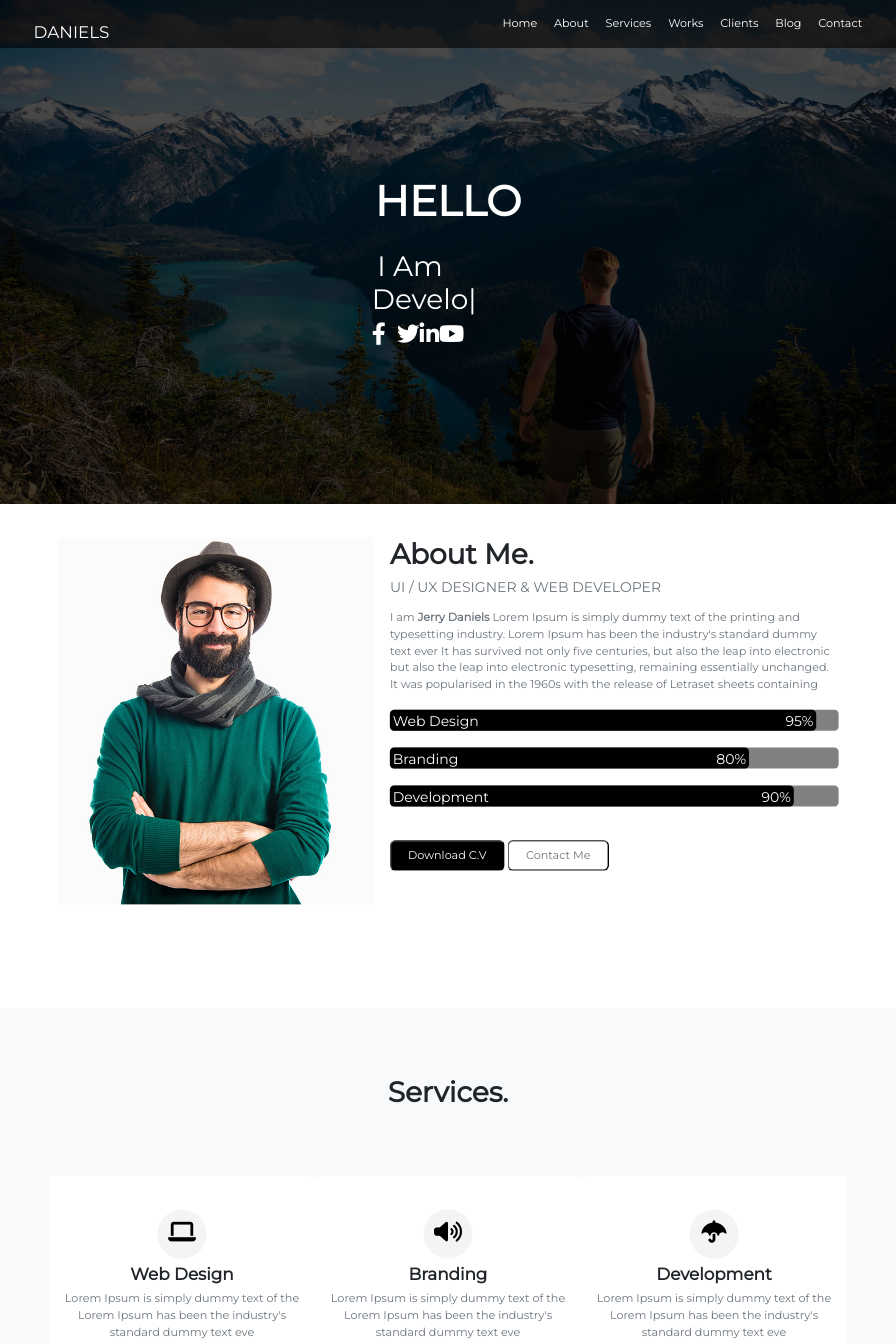
Repository: Souldeer0020/daniels-portofolio
Page: index.html
These files come from the project's save history. The page is drawn as it stood at one moment and after a run of saves; the edit follows.
The browser window is 1280 px wide. The pictures show the part of the page from y = 0 to 1920 px (the page is 5468 px tall), at 70% of full size.

Above is the page before, as saved 2024-07-14 00:02:21.

### index.html
<html>
    <head>
        <link rel="stylesheet" href="css/bootstrap.css">
        <link rel="stylesheet" href="css/all.min.css">
        <link rel="stylesheet" href="style.css">
        <link href="https://fonts.googleapis.com/css2?family=Montserrat&display=swap" rel="stylesheet">
    </head>
    <body>
    <header class="vh-100 w-100 " id="home">
        <div class="layout vh-100 w-100 d-flex justify-content-center align-items-center position-relative">
            <nav class="position-fixed pt-md-3 top-0 start-0 end-0 d-flex align-items-center justify-content-between">
                <a href="#home"><h1 class="px-md-5 pt-md-3">DANIELS</h1></a>
                <ul class="d-flex align-items-center pe-md-4">
                    <li class="pe-md-4 "><a href="#home">Home</a></li>

                    <li class="pe-md-4"><a href="#about">About</a></li>
                    <li class="pe-md-4"><a href="#services">Services</a></li>
                    <li class="pe-md-4"><a href="#works">Works</a></li>
                    <li class="pe-md-4"><a href="#clients">Clients</a></li>
                    <li class="pe-md-4"><a href="#blog">Blog</a></li>
                    <li class="pe-md-4"><a href="#contact">Contact</a></li>
                </ul>
            </nav>
            <div class="content  text-center d-flex flex-column">
                <h1 class="py-md-4">HELLO</h1>
                <h2 class="w-50">I Am</h2>
                <div class="icons d-flex">
                    <a class="me-3" href=""><i class=" fa-brands fa-facebook-f icon text-center d-flex justify-content-center align-items-center fs-2"></i></a>
                    <a href=""><i class=" fa-brands fa-twitter icon text-center d-flex justify-content-center align-items-center fs-2"></i></a>
                    <a href=""><i class=" fa-brands fa-linkedin-in icon text-center d-flex justify-content-center align-items-center fs-2"></i></a>

                    <a href=""><i class=" fa-brands fa-youtube icon text-center d-flex justify-content-center align-items-center fs-2"></i></a>
                </div>
            </div>
        </div>
    </header>


    <section id="about" class="vh-100 w-100 py-md-5 bg-white">
        <div class="container">
            <div class="row">
                <div class="col-md-5">
                    <div class="item">
                        <img src="img/hero.jpg" class="w-100" alt="logo">
                    </div>
                </div>
                <div class="col-md-7">
                    <div class="item">
                        <h1 class="fw-bolder">About Me.</h1>
                        <p class="lead text-muted">UI / UX DESIGNER & WEB DEVELOPER</p>
                        <p class="text-muted ">I am <span class="fw-bolder">Jerry Daniels</span> Lorem Ipsum is simply dummy text of the printing and typesetting industry. Lorem Ipsum has been the industry's standard dummy text ever It has survived not only five centuries, but also the leap into electronic but also the leap into electronic typesetting, remaining essentially unchanged. It was popularised in the 1960s with the release of Letraset sheets containing</p>
                        <div class="blank w-md-100 rounded-2 my-md-4 ">
                            <div class="percentage1 rounded-2 d-flex justify-content-between p-md-1  top-0 bottom-0 start-0 end-0 h-100">
                                <h5>Web Design</h5>
                                <h5>95%</h5>
                            </div>
                        </div>
                        <div class="blank w-md-100 rounded-2 my-md-4 ">
                            <div class="percentage2 rounded-2 d-flex justify-content-between p-md-1   top-0 bottom-0 start-0 end-0 h-100">
                                <h5>Branding</h5>
                                <h5>80%</h5>
                            </div>
                        </div>
                        <div class="blank w-md-100 rounded-2 my-md-4 ">
                            <div class="percentage3 rounded-2 d-flex justify-content-between p-md-1 top-0 bottom-0 start-0 end-0 h-100">
                                <h5>Development</h5>
                                <h5>90%</h5>
                            </div>
                        </div>
                    </div>
                    <button class=" py-md-2 px-md-4 w-md-25 mt-md-4 rounded-3 btn1 ">Download C.V</button>
                    <button class=" py-md-2 px-md-4 w-md-25 mt-md-4 rounded-3 btn2 text-muted ">Contact Me</button>
                </div>
            </div>
        </div>
    </section>

    <section id="services" class="bg-light py-md-5 bg-light d-flex flex-column align-items-center">
        <h1 class="fw-bolder my-md-5">Services.</h1>
        <div class="container my-md-5">
            <div class="row g-md-4">
                <div class="col-md-4 bg-white rounded-2 ">
                    <div class="service-item text-center py-md-5">
                        <i class="fa-solid fa-laptop fa-2x icon pt-3"></i>
                        <h4 class="fw-bolder my-md-2">Web Design</h4>
                        <p class="text-muted">Lorem Ipsum is simply dummy text of the Lorem Ipsum has been the industry's standard dummy text eve</p>
                    </div>
                </div>
                <div class="col-md-4 bg-white rounded-2">
                    <div class="service-item text-center py-md-5">
                        <i class="fa-solid fa-volume-high fa-2x icon pt-3"></i>
                        <h4 class="fw-bolder my-md-2">Branding</h4>
                        <p class="text-muted">Lorem Ipsum is simply dummy text of the Lorem Ipsum has been the industry's standard dummy text eve</p>
                    </div>
                </div>
                <div class="col-md-4 bg-white rounded-2">
                    <div class="service-item text-center py-md-5">
                        <i class="fa-solid fa-umbrella icon pt-3 fa-2x"></i>
                        <h4 class="fw-bolder my-md-2">Development</h4>
                        <p class="text-muted">Lorem Ipsum is simply dummy text of the Lorem Ipsum has been the industry's standard dummy text eve</p>
                    </div>
                </div>
                <div class="col-md-4 bg-white rounded-2">
                    <div class="service-item text-center py-md-5">
                        <i class="fa-regular fa-gem icon pt-3 fa-2x"></i>
                        <h4 class="fw-bolder my-md-2">Creative Design</h4>
                        <p class="text-muted">Lorem Ipsum is simply dummy text of the Lorem Ipsum has been the industry's standard dummy text eve</p>
                    </div>
                </div>
                <div class="col-md-4 bg-white rounded-2">
                    <div class="service-item text-center py-md-5">
                        <i class="fa fa-television fa-2x  icon pt-3" aria-hidden="true"></i>
                        <h4 class="fw-bolder my-md-2">Fully Responsive</h4>
                        <p class="text-muted">Lorem Ipsum is simply dummy text of the Lorem Ipsum has been the industry's standard dummy text eve</p>
                    </div>
                </div>
                <div class="col-md-4 bg-white rounded-2">
                    <div class="service-item text-center py-md-5">
                        <i class="fa-solid fa-camera fa-2x icon pt-3"></i>
                        <h4 class="fw-bolder my-md-2">Retina Ready</h4>
                        <p class="text-muted">Lorem Ipsum is simply dummy text of the Lorem Ipsum has been the industry's standard dummy text eve</p>
                    </div>
                </div>
            </div>
        </div>
    </section>

    <section id="works" class="w-100 text-center d-flex flex-column align-items-center">
        <h1 class="fw-bolder my-md-5">Portfolio.</h1>
        <ul class="d-flex justify-content-evenly fw-bolder mt-md-3">
            <li><a href="">All</a></li>
            <li><a href="">Brand</a></li>
            <li><a href="">Design</a></li>
            <li><a href="">Graphic</a></li>
        </ul>
        <div class="container mt-md-5">
            <div class="row g-md-4">
                <div class="col-md-4 position-relative">
                    <div class="item">
                        <img src="img/portfolio/1.jpg" class="w-100" alt="">

                    </div>
                </div>
                <div class="col-md-4">
                    <div class="item">
                        <img src="img/portfolio/2.jpg" class="w-100" alt="">

                    </div>
                </div>
                <div class="col-md-4">
                    <div class="item">
                        <img src="img/portfolio/3.jpg" class="w-100" alt="">
                    </div>
                </div>
                <div class="col-md-4">
                    <div class="item">
                        <img src="img/portfolio/4.jpg" class="w-100" alt="">
                    </div>
                </div>
                <div class="col-md-4">
                    <div class="item">
                        <img src="img/portfolio/5.jpg" class="w-100" alt="">
                    </div>
                </div>
                <div class="col-md-4">
                    <div class="item">
                        <img src="img/portfolio/6.jpg" class="w-100" alt="">
                    </div>
                </div>
            </div>
        </div>

    </section>

    <section id="clients" class="text-center d-flex flex-column align-items-center my-md-5 bg-light">
        <h1 class="fw-bolder my-md-5">Testimonials.</h1>
        <div id="carouselExampleIndicators" class="carousel-slide mb-md-5" data-bs-ride="true">

            <div class="carousel-inner">
              <div class="carousel-item active">
                <p class="text-muted my-md-4">Lorem Ipsum has been the industry's standard dummy text ever since the when an unknown printer took a galley of type and scrambled it to make a type specimen book.</p>
                <h3 class="my-md-3">Alex Smith</h3>
                <p class="lead text-muted fw-bolder">Envanto Customer</p>
              </div>
              <div class="carousel-item">
                <p class="text-muted my-md-4">Lorem Ipsum has been the industry's standard dummy text ever since the when an unknown printer took a galley of type and scrambled it to make a type specimen book.</p>
                <h3 class="my-md-3">Alex Smith</h3>
                <p class="lead text-muted fw-bolder">Envanto Customer</p>
              </div>
              <div class="carousel-item">
                <p class="text-muted my-md-4">Lorem Ipsum has been the industry's standard dummy text ever since the when an unknown printer took a galley of type and scrambled it to make a type specimen book.</p>
                <h3 class="my-md-3">Alex Smith</h3>
                <p class="lead text-muted fw-bolder">Envanto Customer</p>
              </div>
            </div>
            <div class="carousel-indicators position-static">
                <button type="button" data-bs-target="#carouselExampleIndicators" data-bs-slide-to="0" class="active carousel-btn bg-black" aria-current="true" aria-label="Slide 1"></button>
                <button type="button" data-bs-target="#carouselExampleIndicators" data-bs-slide-to="1" class="carousel-btn bg-black" aria-label="Slide 2"></button>
                <button type="button" data-bs-target="#carouselExampleIndicators" data-bs-slide-to="2" class="carousel-btn bg-black" aria-label="Slide 3"></button>
              </div>

          </div>
    </section>

    <section class="statics bg-white">
        <div class="d-flex justify-content-around text-center container item my-md-5" >
            <div>
              <i class="fa-solid fa-users fa-2x mb-md-3"></i>
               <h2 class="fw-bolder"> 850</h2>
               <p class="lead fw-bolder text-muted">Happy customers</p>
            </div>
            <div>
              <i class="fa-solid fa-thumbs-up fa-2x mb-md-3"></i>
               <h2 class="fw-bolder"> 230</h2>
               <p class="lead fw-bolder text-muted">Complete Projects</p>
            </div>
            <div>
              <i class="fa fa-bullhorn fa-2x mb-md-3" aria-hidden="true"></i>
               <h2 class="fw-bolder"> 9450</h2>
               <p class="lead fw-bolder text-muted">Lines Of Code</p>
            </div>
            <div>
              <i class="fa fa-cloud-download fa-2x mb-md-3" aria-hidden="true"></i>
               <h2 class="fw-bolder"> 780 </h2>
               <p class="lead fw-bolder text-muted">Files Downloaded

              </p>
            </div>
          </div>
    </section>

    <section id="blog" class="text-center d-flex flex-column align-items-center my-md-5 bg-light">
        <h1 class="fw-bolder my-md-5">Our Blog.</h1>
        <div class="container">
            <div class="row">
                <div class="col-md-4 text-start">

                        <div id="photo" class=" overflow-hidden mb-2"><img class="w-100" src="img/blog/1.jpg" alt=""></div>
                        <div class="caption">
                            <p class="text-muted">wordpress</p>
                            <h3>Lorem ipsum dolor sit amet consectetur adipisicing elit. Magnam, ipsam consequuntur.</h3>
                            <a href="">Read More</a>
                        </div>

                </div>
                <div class="col-md-4 text-start">

                    <div id="photo" class=" overflow-hidden mb-2"><img class="w-100" src="img/blog/2.jpg" alt=""></div>
                    <div class="caption">
                        <p class="text-muted">wordpress</p>
                        <h3>Lorem ipsum dolor sit amet consectetur adipisicing elit. Magnam, ipsam consequuntur.</h3>
                        <a href="">Read More</a>
                    </div>

            </div>
            <div class="col-md-4 text-start">

                <div id="photo" class=" overflow-hidden mb-2"><img class="w-100" src="img/blog/3.jpg" alt=""></div>
                <div class="caption">
                    <p class="text-muted">wordpress</p>
                    <h3>Lorem ipsum dolor sit amet consectetur adipisicing elit. Magnam, ipsam consequuntur.</h3>
                    <a href="">Read More</a>
                </div>

        </div>
            </div>
        </div>
    </section>

    <section id="contact" class="text-center d-flex flex-column align-items-center my-md-5 bg-white">
        <h1 class="fw-bolder my-md-5">Contact Us.</h1>
        <div class="container my-md-5">
            <div class="row ">
                <div class="col-4 d-flex flex-column align-items-center text-center ">
                    <div class="iicon mb-md-4"><i class="fa-brands fa-telegram fa-2x m-md-auto py-md-3"></i></div>
                    <h5 class="fw-bolder">Address</h5>
                    <p class="Text-muted">6834 Hollywood Blvd - Los Angeles CA</p>
                </div>
                <div class="col-4 d-flex flex-column align-items-center text-center">
                    <div class="iicon mb-md-4"><i class="fa-solid fa-envelope fa-2x m-md-auto py-md-3"></i></div>
                    <h5 class="fw-bolder">Email</h5>
                    <p class="Text-muted">Support@website.com</p>
                </div>
                <div class="col-4 d-flex flex-column align-items-center text-center">
                    <div class="iicon mb-md-4"><i class="fa-solid fa-phone fa-2x m-md-auto py-md-3"></i></div>
                    <h5 class="fw-bolder">Phone</h5>
                    <p class="Text-muted">+20 010 2517 8918</p>
                </div>
            </div>
        </div>
        <div class="container">
            <div class="row gx-md-4">
                <div class="col-6 d-flex justify-content-md-start">
                    <input type="text" placeholder="Name" class="rounded-2 ">
                </div>
                <div class="col-6  d-flex justify-content-md-start">
                    <input type="text" placeholder="Email" class="rounded-2">
                </div>
                <div class="col-12 my-md-3 d-flex justify-content-md-start rounded-2">
                    <textarea style="resize: none;" name="Message" id="" class="w-100 rounded-2" rows="5" placeholder="Message"></textarea>
                </div>

            </div>

        </div>

    </section>

    <footer class="bg-dark d-flex justify-content-center align-items-center py-md-5">
        <p class="text-muted py-md-4">Copy Right 2018 © By Daniels All Rights Reserved</p>
    </footer>

    <script src="js/bootstrap.bundle.js"></script>
    </body>




</html>

Loaded but not shown: css/bootstrap.css (library); css/all.min.css (library); js/bootstrap.bundle.js (library); style.css (308 lines, source omitted)

After the next 3 saves:
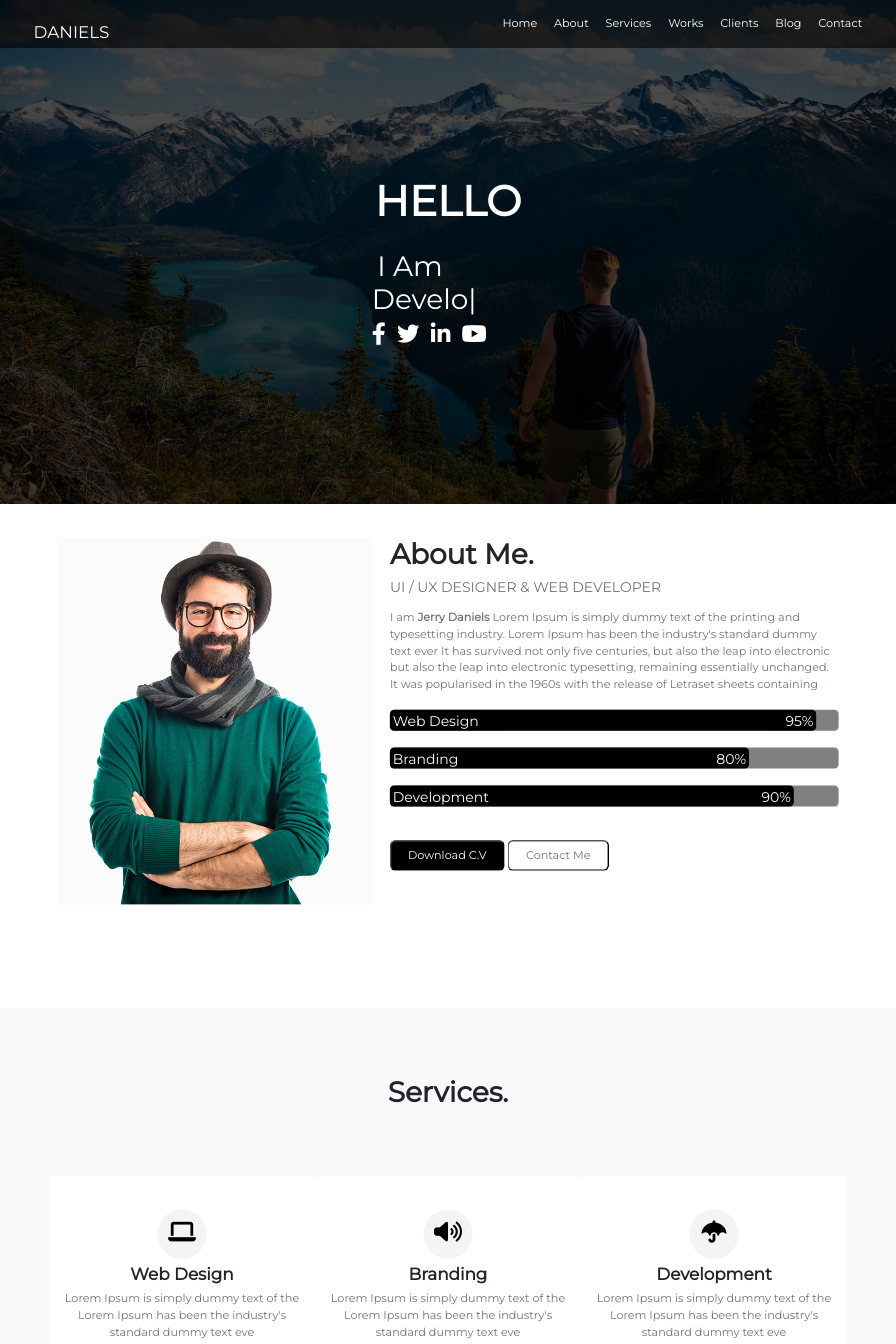
The 3 saves are shown as one change because they came seconds apart.
The last was saved 18 s later.
--- a/index.html
+++ b/index.html
@@ -26,10 +26,10 @@
                 <h2 class="w-50">I Am</h2>
                 <div class="icons d-flex">
                     <a class="me-3" href=""><i class=" fa-brands fa-facebook-f icon text-center d-flex justify-content-center align-items-center fs-2"></i></a>
-                    <a href=""><i class=" fa-brands fa-twitter icon text-center d-flex justify-content-center align-items-center fs-2"></i></a>
-                    <a href=""><i class=" fa-brands fa-linkedin-in icon text-center d-flex justify-content-center align-items-center fs-2"></i></a>
-
-                    <a href=""><i class=" fa-brands fa-youtube icon text-center d-flex justify-content-center align-items-center fs-2"></i></a>
+                    <a class="me-3" href=""><i class=" fa-brands fa-twitter icon text-center d-flex justify-content-center align-items-center fs-2"></i></a>
+                    <a class="me-3" href=""><i class=" fa-brands fa-linkedin-in icon text-center d-flex justify-content-center align-items-center fs-2"></i></a>
+
+                    <a class="me-3" href=""><i class=" fa-brands fa-youtube icon text-center d-flex justify-content-center align-items-center fs-2"></i></a>
                 </div>
             </div>
         </div>
